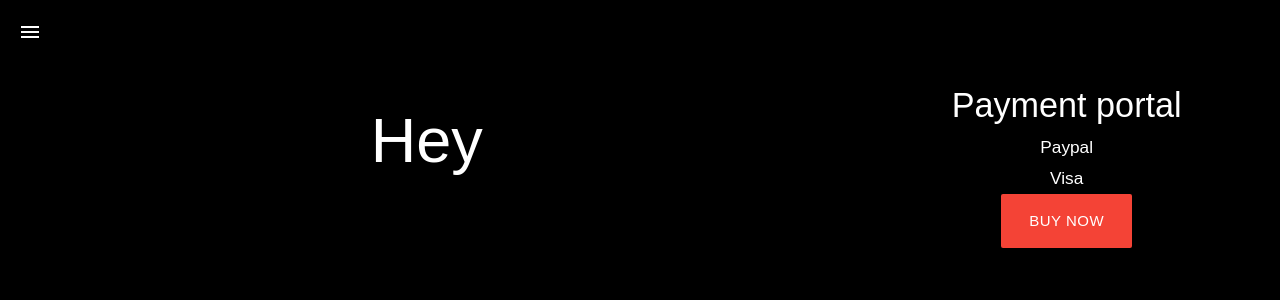
Repository: Ajtheult/final-project
Page: /cart
These files come from the project's save history. The page is drawn as it stood at one moment and after the next save; the edit follows.
The browser window is 1280 px wide. The pictures show the whole page.
Some web fonts or font styles are not loaded; a fallback is used. Some web libraries are served in a nearby version. The project was rebuilt for these pictures with package versions that can differ from the ones it lists, and the page was loaded fresh each time. Also part of the build but not shown: src/layout/pages/LandingPage.js, src/layout/pages/About.js, src/layout/pages/catalogue/Keys.js, src/layout/pages/catalogue/String.js, src/layout/pages/catalogue/Woodwind.js, src/layout/pages/catalogue/Percussion.js, src/layout/pages/login/Login.js, src/layout/pages/login/NewSignUp.js.

Above is the page before, as saved 2020-07-23 10:35:40.

### public/index.html
<!DOCTYPE html>
<html lang="en">
  <head>
    <meta charset="utf-8" />
    <link rel="icon" type="image/png" href="favicon.png" />
    <meta name="viewport" content="width=device-width, initial-scale=1" />
    <meta name="theme-color" content="#000000" />
    <meta
      name="description"
      content="Web site created using create-react-app"
    />

    <link rel="manifest" href="%PUBLIC_URL%/manifest.json" />

    <link
      rel="stylesheet"
      href="https://fonts.googleapis.com/icon?family=Material+Icons"
    />
    <link
      rel="stylesheet"
      href="https://cdnjs.cloudflare.com/ajax/libs/animate.css/4.0.0/animate.min.css"
    />
    <link
      href="https://fonts.googleapis.com/css2?family=Gruppo&family=Qwigley&display=swap"
      rel="stylesheet"
    />

    <title>Ling Ling 40 Hours</title>
  </head>
  <body>
    <noscript>You need to enable JavaScript to run this app.</noscript>
    <div id="root"></div>
  </body>
</html>

### src/index.js
import React from "react";
import ReactDOM from "react-dom";

import "materialize-css/dist/css/materialize.min.css";

import App from "./App";

ReactDOM.render(
  <React.StrictMode>
    <App />
  </React.StrictMode>,
  document.getElementById("root")
);

### src/App.js
import React from "react";
import "./App.css";
import Navbar from "./layout/nav/Navbar";
import LandingPage from "./layout/pages/LandingPage";
import About from "./layout/pages/About";
import Keys from "./layout/pages/catalogue/Keys";
import String from "./layout/pages/catalogue/String";
import Woodwind from "./layout/pages/catalogue/Woodwind";
import Percussion from "./layout/pages/catalogue/Percussion";
import Login from "./layout/pages/login/Login";
import Cart from "./layout/pages/Cart";
import NewSignUp from "./layout/pages/login/NewSignUp";

import { BrowserRouter as Router, Switch, Route } from "react-router-dom";

function App() {
  return (
    <Router>
      <div className="App">
        <Navbar />
        <Switch>
          <Route path="/" exact component={LandingPage} />
          <Route path="/about" component={About} />
          <Route path="/login" component={Login} />
          <Route path="/cart" component={Cart} />
          <Route path="/keys" component={Keys} />
          <Route path="/string" component={String} />
          <Route path="/woodwind" component={Woodwind} />
          <Route path="/percussion" component={Percussion} />
          <Route path="/new-sign-up" component={NewSignUp} />
        </Switch>
      </div>
    </Router>
  );
}

export default App;

### src/App.css
.App {
  text-align: center;
}

/* The text colour is white thats why its not showing */

.text-nav {
  margin-left: 55%;
  font-size: 25px;
}

.a-text-nav {
  font-size: 25px;
}

.size {
  font-size: 30px;
}

img.bg {
  /* Set rules to fill background */
  min-height: 100%;
  min-width: 1024px;

  /* Set up proportionate scaling */
  width: 100%;
  height: auto;

  /* Set up positioning */
  position: fixed;
  top: 0;
  left: 0;
  z-index: -1;
}

div.admin-bg {
  /* Set rules to fill background */
  min-height: 100%;
  min-width: 1024px;

  /* Set up proportionate scaling */
  width: 100%;
  height: auto;

  /* Set up positioning */
  position: fixed;
  top: 0;
  left: 0;
  z-index: -1;
  background-color: black;
}

@media screen and (max-width: 1024px) {
  /* Specific to this particular image */
  img.bg {
    left: 50%;
    margin-left: -512px; /* 50% */
  }

  div.admin-bg {
    left: 50%;
    margin-left: -512px; /* 50% */
  }
}

h1,
h2,
h3,
h4,
h5,
h6,
p {
  color: white;
}

.myback {
  height: 220px;
  width: 300px;
}

.centered {
  position: absolute;
  top: 40%;
  left: 50%;
  transform: translate(-50%, -50%);
  font-size: 140px;
  font-family: "Qwigley", cursive;
  color: rgb(255, 255, 255);
}
/* Login-Start */
body {
  font-family: sans-serif;
  background-color: black;
  background-size: cover;
}

.sign {
  text-align: left;
  margin-left: 20px;
  font-size: 22px;
  font-family: serif;
  color: black;
}
.my_login-box {
  width: 300px;
  position: absolute;
  top: 50%;
  left: 50%;
  transform: translate(-50%, -50%);
}

.my_login-box h1 {
  font-size: 30px;
  margin-bottom: 30px;
  padding: 5px;
  font-family: Times, serif;
  color: black;
}

.my_textbox {
  width: 100%;
  overflow: hidden;
  font-size: 20px;
  padding: 8px;
  margin: 8px;
}

.my_textbox input {
  border: none;
  outline: none;
  background: none;
  color: white;
  font-size: 18px;
  width: 80%;
  float: left;
  margin: 0 10px;
}

.my_btn {
  width: 100%;
  background-color: black;
  border: 10px solid black;
  color: rgb(255, 255, 255);
  padding: 5px;
  font-size: 18px;
  cursor: pointer;
  margin: 12px;
}
/* Login-End */

.colour_of_about_text {
  color: white;
  font-size: 30px;
}

.text-colour {
  color: black;
}

.move_down {
  margin-top: 50%;
}

.card_text_colour {
  color: black;
  font-size: 18px;
  text-align: left;
}

.price {
  margin-top: -10px;
  text-align: left;
}

.cart-btn {
  margin-top: 10px;
}

.headings_popup {
  text-align: left;
}

.instrument_sections {
  color: black;
  font-family: "Qwigley", cursive;
  font-size: 80px;
  margin-top: -5px;
  text-shadow: 2px 0 0 #fff, -2px 0 0 #fff, 0 2px 0 #fff, 0 -2px 0 #fff,
    1px 1px #fff, -1px -1px 0 #fff, 1px -1px 0 #fff, -1px 1px 0 #fff;
}

.about {
  font-family: "Qwigley", cursive;
  font-size: 180px;
  color: black;
  text-shadow: 2px 0 0 #fff, -2px 0 0 #fff, 0 2px 0 #fff, 0 -2px 0 #fff,
    1px 1px #fff, -1px -1px 0 #fff, 1px -1px 0 #fff, -1px 1px 0 #fff;
}

.questions {
  font-family: "Gruppo", cursive;
}

.move_this_up {
  margin-top: -10px;
}

.move_my_products {
  margin-top: -70px;
}

.about_us_move {
  margin-left: 50%;
  margin-top: 19%;
  position: absolute;
  padding: 20px;
  transform: translate(-50%, -50%);
}

.gender_colour {
  color: black;
}

.the_container {
  width: 50%;
}

.move_this_row {
  margin-top: -80px;
}

.sign_up_head {
  font-family: "Qwigley", cursive;
  font-size: 100px;
  color: black;
  text-shadow: 2px 0 0 #fff, -2px 0 0 #fff, 0 2px 0 #fff, 0 -2px 0 #fff,
    1px 1px #fff, -1px -1px 0 #fff, 1px -1px 0 #fff, -1px 1px 0 #fff;
}

### src/layout/nav/Navbar.js
/* eslint-disable jsx-a11y/anchor-is-valid */
import React, { Component } from "react";
import M from "materialize-css/dist/js/materialize.min.js";
import "../../App.css";
import logo from "./logo.jpg";
import mybackground from "./mybackground.jpg";
import { Link } from "react-router-dom";

export class Navbar extends Component {
  componentDidMount() {
    document.addEventListener("DOMContentLoaded", function () {
      var elems = document.querySelectorAll(".sidenav");
      // eslint-disable-next-line
      var instances = M.Sidenav.init(elems, {});
    });
  }

  render() {
    return (
      <div>
        <nav>
          <div className="nav-wrapper black">
            <a
              data-target="slide-out"
              className="sidenav-trigger show-on-large"
            >
              <i className="material-icons">menu</i>
            </a>
          </div>
        </nav>
        <ul id="slide-out" className="sidenav">
          <li>
            <div className="user-view">
              <div className="background">
                <img src={mybackground} className="myback" alt="background" />
              </div>
              <a href="/">
                <img className="circle" src={logo} alt="logo" />
              </a>

              <span className="white-text name size">40 hours</span>
              <br />
            </div>
          </li>
          <Link to="/">
            <li>Home</li>
          </Link>
          <Link to="/about">
            <li>About Us</li>
          </Link>
          <li>
            <div className="divider"></div>
          </li>

          <li>
            <div className="subheader">User</div>
          </li>

          <Link to="/login">
            <li>Login</li>
          </Link>
          <Link to="/new-sign-up">
            <li>Sign up</li>
          </Link>

          <Link to="/cart">
            <li>Cart</li>
          </Link>
          <li>
            <div className="divider"></div>
          </li>

          <li>
            <div className="subheader">Catalogue</div>
          </li>

          <Link to="/keys">
            <li>Keys</li>
          </Link>
          <Link to="/string">
            <li>String</li>
          </Link>
          <Link to="/woodwind">
            <li>Woodwind</li>
          </Link>
          <Link to="/percussion">
            <li>Percussion</li>
          </Link>
          <li>
            <div className="divider"></div>
          </li>
          <li>
            <div className="subheader">My Portfolio</div>
          </li>
          <li>
            <a
              className="waves-effect"
              href="https://ajtheult.github.io/portfolio-v3/"
            >
              Asaph Franks
            </a>
          </li>
        </ul>
      </div>
    );
  }
}

export default Navbar;

### src/layout/pages/Cart.js
import React from "react";
import "../../App.css";

const Cart = () => {
  return (
    <div>
      <div class="row">
        <div class="col s8">
          <h1>Hey</h1>
        </div>

        <div class="col s4">
          <h4>Payment portal</h4>
          <i class="fab fa-cc-visa"></i>
          <h6>Paypal</h6>
          <h6>Visa</h6>
          <a class="waves-effect waves-light btn-large red" href="#h">
            Buy now
          </a>
        </div>
      </div>
    </div>
  );
};

export default Cart;

After the next save:
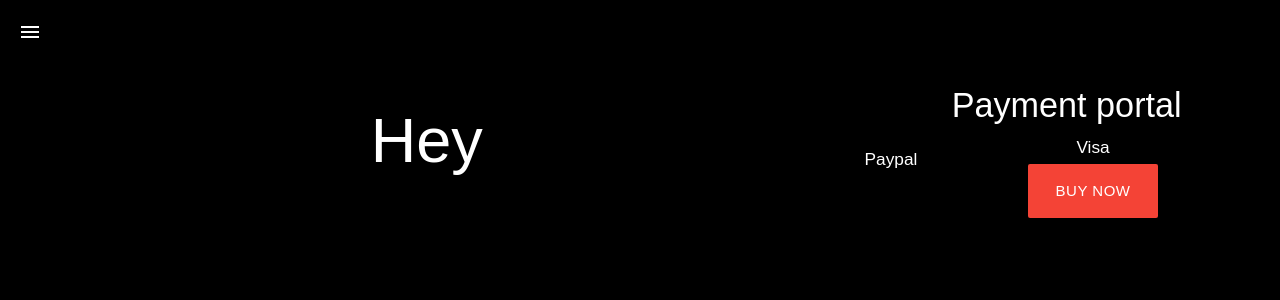
Saved 48 s later.
--- a/src/layout/pages/Cart.js
+++ b/src/layout/pages/Cart.js
@@ -11,8 +11,7 @@ const Cart = () => {
 
         <div class="col s4">
           <h4>Payment portal</h4>
-          <i class="fab fa-cc-visa"></i>
-          <h6>Paypal</h6>
+          <h6 className="left">Paypal</h6>
           <h6>Visa</h6>
           <a class="waves-effect waves-light btn-large red" href="#h">
             Buy now
